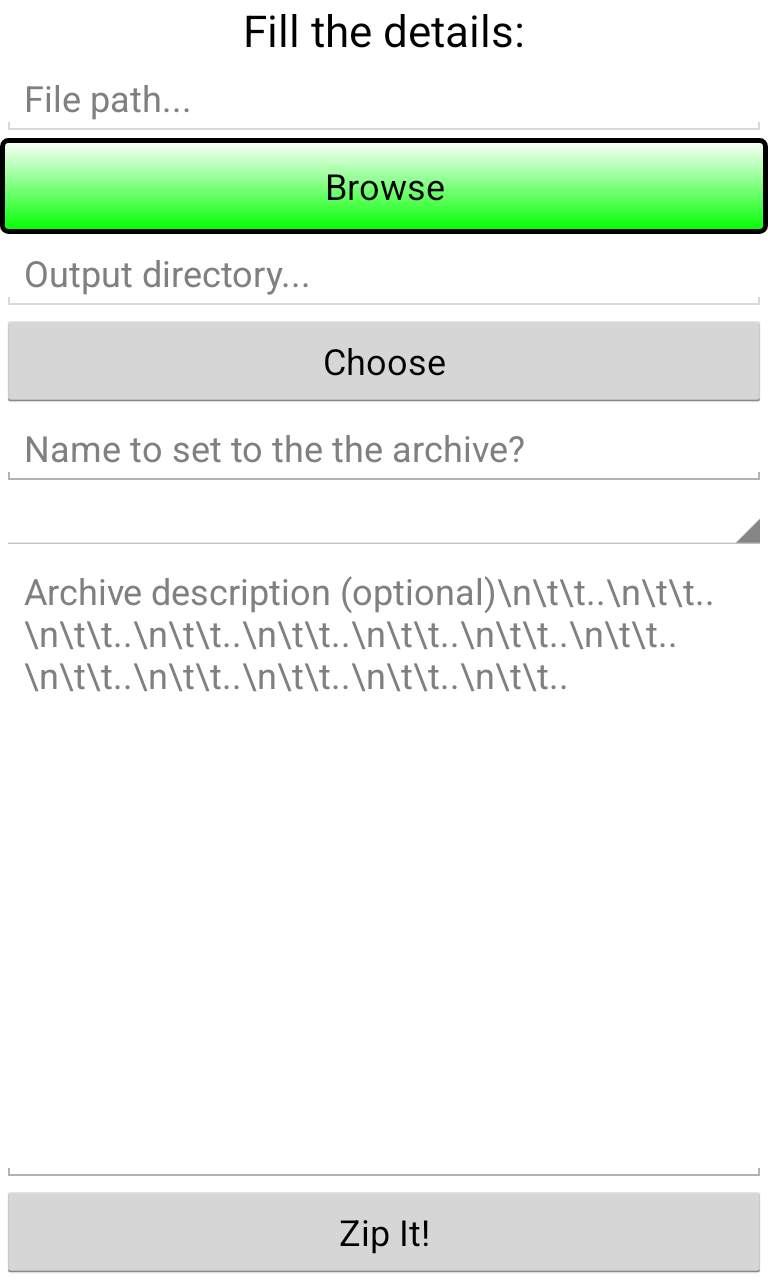
Repository: ya-ivanov/Android-Projects
Layout: Android Projects (OLD)/Zip It!/ZipIt/res/layout/activity_main.xml
These files come from the project's save history. The layout is drawn as it stood at one moment and after the next save; the edit follows.
It is drawn on a 768 x 1280 px phone screen (xhdpi) without system bars, with theme AppTheme; the app's code is not run.

Above is the layout before, as saved 2013-12-12 18:47:28.

### Android Projects (OLD)/Zip It!/ZipIt/res/layout/activity_main.xml
<LinearLayout xmlns:android="http://schemas.android.com/apk/res/android"
    android:layout_width="fill_parent"
    android:layout_height="fill_parent"
    android:orientation="vertical" >

    <TextView
        android:id="@+id/textView1"
        android:layout_width="match_parent"
        android:layout_height="wrap_content"
        android:gravity="center_horizontal"
        android:text="Fill the details:"
        android:textAppearance="?android:attr/textAppearanceLarge" />

    <EditText
        android:id="@+id/files"
        android:layout_width="match_parent"
        android:layout_height="wrap_content"
        android:ems="10"
        android:enabled="false"
        android:hint="File path..."
        android:singleLine="true" />

    <Button
        android:id="@+id/browse"
        android:layout_width="match_parent"
        android:layout_height="wrap_content"
        android:background="@drawable/button_bg"
        android:text="Browse" />

    <EditText
        android:id="@+id/endDir"
        android:layout_width="match_parent"
        android:layout_height="wrap_content"
        android:ems="10"
        android:enabled="false"
        android:hint="Output directory..."
        android:singleLine="true" />

    <Button
        android:id="@+id/choose"
        android:layout_width="match_parent"
        android:layout_height="wrap_content"
        android:text="Choose" />

    <LinearLayout
        android:layout_width="match_parent"
        android:layout_height="wrap_content" >

        <EditText
            android:id="@+id/archiveName"
            android:layout_width="match_parent"
            android:layout_height="wrap_content"
            android:layout_weight="1"
            android:ems="10"
            android:hint="Name to set to the the archive?"
            android:singleLine="true" />

    </LinearLayout>

    <Spinner
        android:id="@+id/spinner"
        android:layout_width="fill_parent"
        android:layout_height="wrap_content" />

    <EditText
        android:id="@+id/desk"
        android:layout_width="match_parent"
        android:layout_height="wrap_content"
        android:layout_weight="1"
        android:ems="10"
        android:hint="Archive description (optional)\n\t\t..\n\t\t..\n\t\t..\n\t\t..\n\t\t..\n\t\t..\n\t\t..\n\t\t..\n\t\t..\n\t\t..\n\t\t..\n\t\t..\n\t\t.."
        android:gravity="top" >

    </EditText>

    <Button
        android:id="@+id/button1"
        android:layout_width="match_parent"
        android:layout_height="wrap_content"
        android:text="Zip It!" />

</LinearLayout>

### Android Projects (OLD)/Zip It!/ZipIt/res/drawable-hdpi/button_bg.xml
<?xml version="1.0" encoding="utf-8"?>
<shape xmlns:android="http://schemas.android.com/apk/res/android"
  android:shape="rectangle">
  <gradient android:startColor="#FFFFFF"
    android:endColor="#00FF00"
    android:angle="270" />
  <corners android:radius="3dp" />
  <stroke android:width="5px" android:color="#000000" />
</shape>

Loaded but not shown: Android Projects (OLD)/Zip It!/ZipIt/res/values/styles.xml (common file); Android Projects (OLD)/Zip It!/ZipIt/res/values-v11/styles.xml (common file); Android Projects (OLD)/Zip It!/ZipIt/res/values-v14/styles.xml (common file)

After the next save:
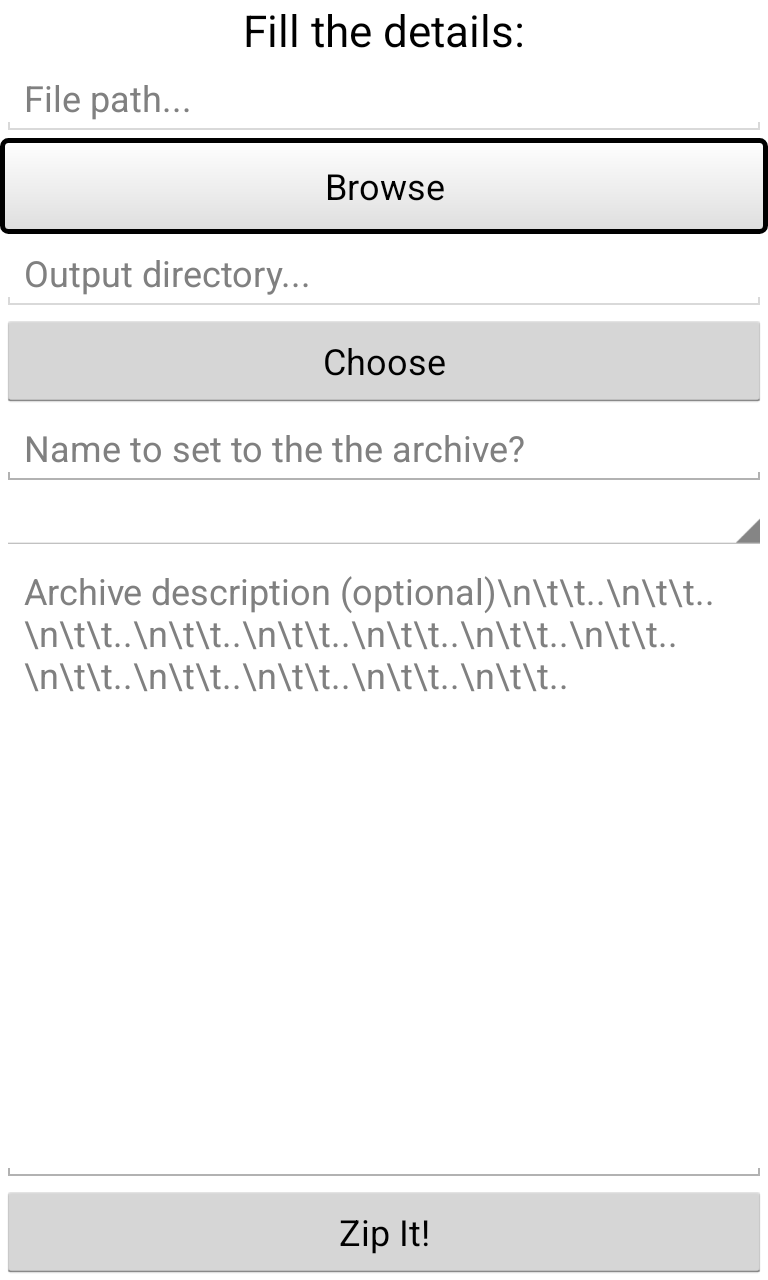
Saved 19 s later.
--- a/Android Projects (OLD)/Zip It!/ZipIt/res/drawable-hdpi/button_bg.xml
+++ b/Android Projects (OLD)/Zip It!/ZipIt/res/drawable-hdpi/button_bg.xml
@@ -2,7 +2,7 @@
 <shape xmlns:android="http://schemas.android.com/apk/res/android"
   android:shape="rectangle">
   <gradient android:startColor="#FFFFFF"
-    android:endColor="#00FF00"
+    android:endColor="#dedede"
     android:angle="270" />
   <corners android:radius="3dp" />
   <stroke android:width="5px" android:color="#000000" />
